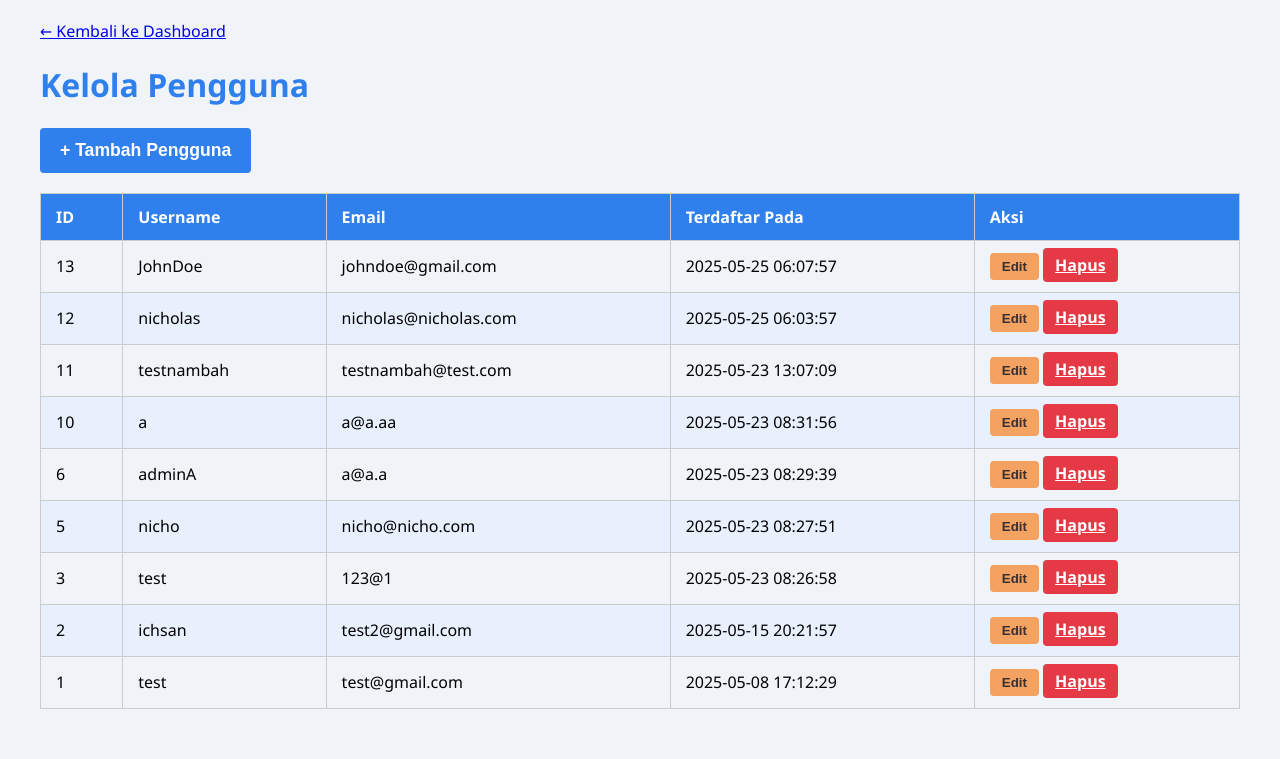
Repository: Senicccc/Shiroo-Pet-Store-Web-App
Page: http://localhost/admin/manage-users.php
The author's editor kept a copy of each file at every save. The page is drawn from the files as they stood at one save, then again after the next save.
The browser window is 1280 px wide. The pictures show the whole page.
The page is run by PHP 8.4 with error messages shown; the project is at /var/www/html/. The session is filled in as if someone had signed in: {"admin_id": 3}. Other server files are loaded and not shown. The database holds what the project's SQL file puts in it.

Above is the page before, as saved 2025-05-31 11:34:18.

### admin/manage-users.php
<?php
session_start();

if (!isset($_SESSION['admin_id'])) {
    header("Location: login.php");
    exit;
}

$koneksi = new mysqli("localhost", "root", "", "shiroo_db");
if ($koneksi->connect_error) {
    die("Koneksi gagal: " . $koneksi->connect_error);
}

// Handle tambah user
if (isset($_POST['add_user'])) {
    $username = trim($_POST['username']);
    $email = trim($_POST['email']);
    $password = $_POST['password'];

    if ($username && $email && $password) {
        $passwordHash = password_hash($password, PASSWORD_DEFAULT);

        $stmt = $koneksi->prepare("INSERT INTO users (username, email, password) VALUES (?, ?, ?)");
        $stmt->bind_param("sss", $username, $email, $passwordHash);
        $stmt->execute();
        $stmt->close();

        header("Location: kelola-pengguna.php");
        exit;
    } else {
        $error = "Semua field harus diisi!";
    }
}

// Handle edit user
if (isset($_POST['edit_user'])) {
    $id = intval($_POST['id']);
    $username = trim($_POST['username']);
    $email = trim($_POST['email']);
    $password = $_POST['password'];

    if ($username && $email && $id) {
        if ($password) {
            $passwordHash = password_hash($password, PASSWORD_DEFAULT);
            $stmt = $koneksi->prepare("UPDATE users SET username=?, email=?, password=? WHERE id=?");
            $stmt->bind_param("sssi", $username, $email, $passwordHash, $id);
        } else {
            $stmt = $koneksi->prepare("UPDATE users SET username=?, email=? WHERE id=?");
            $stmt->bind_param("ssi", $username, $email, $id);
        }
        $stmt->execute();
        $stmt->close();

        header("Location: kelola-pengguna.php");
        exit;
    } else {
        $error = "Field username dan email harus diisi!";
    }
}

if (isset($_GET['delete'])) {
    $id = intval($_GET['delete']);
    $stmt = $koneksi->prepare("DELETE FROM users WHERE id = ?");
    $stmt->bind_param("i", $id);
    $stmt->execute();
    $stmt->close();

    header("Location: kelola-pengguna.php");
    exit;
}

// Ambil data users
$result = $koneksi->query("SELECT id, username, email, created_at FROM users ORDER BY created_at DESC");
$users = $result->fetch_all(MYSQLI_ASSOC);
?>

<!DOCTYPE html>
<html lang="id">

<head>
    <meta charset="UTF-8" />
    <meta name="viewport" content="width=device-width, initial-scale=1" />
    <title>Kelola Pengguna - Shiroo Pet Store</title>
    <link rel="stylesheet" href="css/manage-users.css">
</head>

<body>

    <a href="dashboard.php" class="back-link">← Kembali ke Dashboard</a>

    <h1>Kelola Pengguna</h1>

    <?php if (!empty($error)) : ?>
    <div class="error"><?= htmlspecialchars($error) ?></div>
    <?php endif; ?>

    <button class="btn-add" id="openAddModalBtn">+ Tambah Pengguna</button>

    <table>
        <thead>
            <tr>
                <th>ID</th>
                <th>Username</th>
                <th>Email</th>
                <th>Terdaftar Pada</th>
                <th>Aksi</th>
            </tr>
        </thead>
        <tbody>
            <?php if ($users): ?>
            <?php foreach ($users as $user): ?>
            <tr>
                <td><?= $user['id'] ?></td>
                <td><?= htmlspecialchars($user['username']) ?></td>
                <td><?= htmlspecialchars($user['email']) ?></td>
                <td><?= $user['created_at'] ?></td>
                <td>
                    <button class="btn-edit"
                        onclick="openEditModal(<?= $user['id'] ?>, '<?= htmlspecialchars(addslashes($user['username'])) ?>', '<?= htmlspecialchars(addslashes($user['email'])) ?>')">Edit</button>
                    <a href="kelola-pengguna.php?delete=<?= $user['id'] ?>"
                        onclick="return confirm('Yakin hapus user ini?')" class="btn-delete">Hapus</a>
                </td>
            </tr>
            <?php endforeach; ?>
            <?php else: ?>
            <tr>
                <td colspan="5" style="text-align:center;">Belum ada data pengguna.</td>
            </tr>
            <?php endif; ?>
        </tbody>
    </table>

    <div id="addModal" class="modal">
        <div class="modal-content">
            <span class="close" id="closeAddModal">&times;</span>
            <h2>Tambah Pengguna Baru</h2>
            <form method="post" action="kelola-pengguna.php" autocomplete="off">
                <label for="add_username">Username</label>
                <input type="text" name="username" id="add_username" required />

                <label for="add_email">Email</label>
                <input type="email" name="email" id="add_email" required />

                <label for="add_password">Password</label>
                <input type="password" name="password" id="add_password" required />

                <button type="submit" name="add_user">Tambah Pengguna</button>
            </form>
        </div>
    </div>

    <div id="editModal" class="modal">
        <div class="modal-content">
            <span class="close" id="closeEditModal">&times;</span>
            <h2>Edit Pengguna</h2>
            <form method="post" action="kelola-pengguna.php" autocomplete="off">
                <input type="hidden" name="id" id="edit_id" />

                <label for="edit_username">Username</label>
                <input type="text" name="username" id="edit_username" required />

                <label for="edit_email">Email</label>
                <input type="email" name="email" id="edit_email" required />

                <label for="edit_password">Password <small>(Kosongkan jika tidak ingin mengganti)</small></label>
                <input type="password" name="password" id="edit_password" />

                <button type="submit" name="edit_user">Simpan Perubahan</button>
            </form>
        </div>
    </div>

    <script>
    // Modal handling for Tambah
    const addModal = document.getElementById('addModal');
    const openAddModalBtn = document.getElementById('openAddModalBtn');
    const closeAddModal = document.getElementById('closeAddModal');

    openAddModalBtn.onclick = () => addModal.style.display = 'block';
    closeAddModal.onclick = () => addModal.style.display = 'none';

    // Modal handling for Edit
    const editModal = document.getElementById('editModal');
    const closeEditModal = document.getElementById('closeEditModal');

    closeEditModal.onclick = () => editModal.style.display = 'none';

    // Function to open edit modal and populate form
    function openEditModal(id, username, email) {
        document.getElementById('edit_id').value = id;
        document.getElementById('edit_username').value = username;
        document.getElementById('edit_email').value = email;
        document.getElementById('edit_password').value = '';
        editModal.style.display = 'block';
    }

    // Close modals when user clicks outside modal content
    window.onclick = function(event) {
        if (event.target == addModal) {
            addModal.style.display = "none";
        }
        if (event.target == editModal) {
            editModal.style.display = "none";
        }
    }
    </script>

</body>

</html>

### admin/css/manage-users.css
body {
  font-family: "Segoe UI", Tahoma, Geneva, Verdana, sans-serif;
  background: #f0f4f8;
  margin: 0;
  padding: 20px 40px;
}

h1,
h2 {
  color: #2f80ed;
}

table {
  border-collapse: collapse;
  width: 100%;
  margin-bottom: 30px;
}

th,
td {
  padding: 12px 15px;
  border: 1px solid #ccc;
  text-align: left;
}

th {
  background-color: #2f80ed;
  color: white;
}

tr:nth-child(even) {
  background-color: #e8f0fe;
}

button,
.btn-delete,
.btn-edit {
  cursor: pointer;
  border-radius: 4px;
  font-weight: 600;
  padding: 6px 12px;
  border: none;
  transition: background-color 0.3s ease;
}

.btn-delete {
  background-color: #e63946;
  color: white;
}

.btn-delete:hover {
  background-color: #b3212a;
}

.btn-edit {
  background-color: #f4a261;
  color: #3b2f2f;
}

.btn-edit:hover {
  background-color: #d98b40;
}

.btn-add {
  background-color: #2f80ed;
  color: white;
  font-size: 1.1rem;
  margin-bottom: 20px;
  padding: 12px 20px;
}

.btn-add:hover {
  background-color: #1c5cc2;
}

/* Modal Styles */
.modal {
  display: none;
  position: fixed;
  z-index: 100;
  padding-top: 80px;
  left: 0;
  top: 0;
  width: 100%;
  height: 100%;
  overflow: auto;
  background-color: rgb(0 0 0 / 0.5);
}

.modal-content {
  background-color: #fff;
  margin: auto;
  padding: 20px 30px;
  border-radius: 10px;
  box-shadow: 0 6px 15px rgb(0 0 0 / 0.2);
  max-width: 400px;
  position: relative;
}

.close {
  color: #aaa;
  float: right;
  font-size: 28px;
  font-weight: bold;
  position: absolute;
  top: 10px;
  right: 20px;
  cursor: pointer;
  user-select: none;
}

.close:hover,
.close:focus {
  color: #000;
}

form label {
  display: block;
  margin-bottom: 8px;
  font-weight: 600;
  color: #2f80ed;
}

form input {
  width: 94%;
  padding: 10px 12px;
  margin-bottom: 15px;
  border: 1px solid #ccc;
  border-radius: 6px;
  font-size: 1rem;
}

form button[type="submit"] {
  background-color: #2f80ed;
  border: none;
  color: white;
  padding: 12px 20px;
  font-weight: 600;
  cursor: pointer;
  border-radius: 6px;
  width: 100%;
  transition: background-color 0.3s ease;
}

form button[type="submit"]:hover {
  background-color: #1c5cc2;
}

.error {
  color: #e63946;
  font-weight: 600;
  margin-bottom: 15px;
}

### database/shiroo_db.sql (the tables this page reads)
CREATE TABLE `users` (
  `id` int(11) NOT NULL,
  `username` varchar(50) NOT NULL,
  `email` varchar(100) NOT NULL,
  `password` varchar(255) NOT NULL,
  `created_at` timestamp NOT NULL DEFAULT current_timestamp()
) ENGINE=InnoDB DEFAULT CHARSET=utf8mb4 COLLATE=utf8mb4_general_ci;

INSERT INTO `users` (`id`, `username`, `email`, `password`, `created_at`) VALUES
(1, 'test', 'test@gmail.com', '$2y$10$daZB1ZFDg8HNEWVP0yrKteQ/TjRNxqtsee2SUkZsdk6ttnF9bepz.', '2025-05-08 17:12:29'),
(2, 'ichsan', 'test2@gmail.com', '$2y$10$g8epmqFFEpxRGthc2HPifug6D0C9elrj2uPKZf8KQL3nYqwaHjMym', '2025-05-15 20:21:57'),
(3, 'test', '123@1', '$2y$10$OtrvOGNhOxjea.NzucObyOp7ZMaEyXyzOw3MA9DSxO0CEaXywKbam', '2025-05-23 08:26:58'),
(5, 'nicho', 'nicho@nicho.com', '$2y$10$w.k5kMerKF.BQTF3kAzyXOnCcFU7/3O1gD8tM9GhOt6aDkBkELLMG', '2025-05-23 08:27:51'),
(6, 'adminA', 'a@a.a', 'a', '2025-05-23 08:29:39'),
(10, 'a', 'a@a.aa', '$2y$10$zXPRTsb0wm/143VUPNx0o.MtvxoSEJcqN/JIpqH0dUgVphd42.b.K', '2025-05-23 08:31:56'),
(11, 'testnambah', 'testnambah@test.com', '$2y$10$1yPJsvKTMLGeuiNh8dRaZ.6OwmtwyG84.IZonXsb2UeKfkrQOt1wi', '2025-05-23 13:07:09'),
(12, 'nicholas', 'nicholas@nicholas.com', '$2y$10$HM2yFh5ooM3L6LxUa0llBekE0gVFqLTAfoF11Pz05DgKNxd2WWDo.', '2025-05-25 06:03:57'),
(13, 'JohnDoe', 'johndoe@gmail.com', '$2y$10$yDRkGkf9Jn461OS6SWmtUuwZ0/luda554EBUMjQ3qw4Dc1q24mbf.', '2025-05-25 06:07:57');

ALTER TABLE `users`
  ADD PRIMARY KEY (`id`),
  ADD UNIQUE KEY `email` (`email`);

ALTER TABLE `users`
  MODIFY `id` int(11) NOT NULL AUTO_INCREMENT, AUTO_INCREMENT=14;

After the next save:
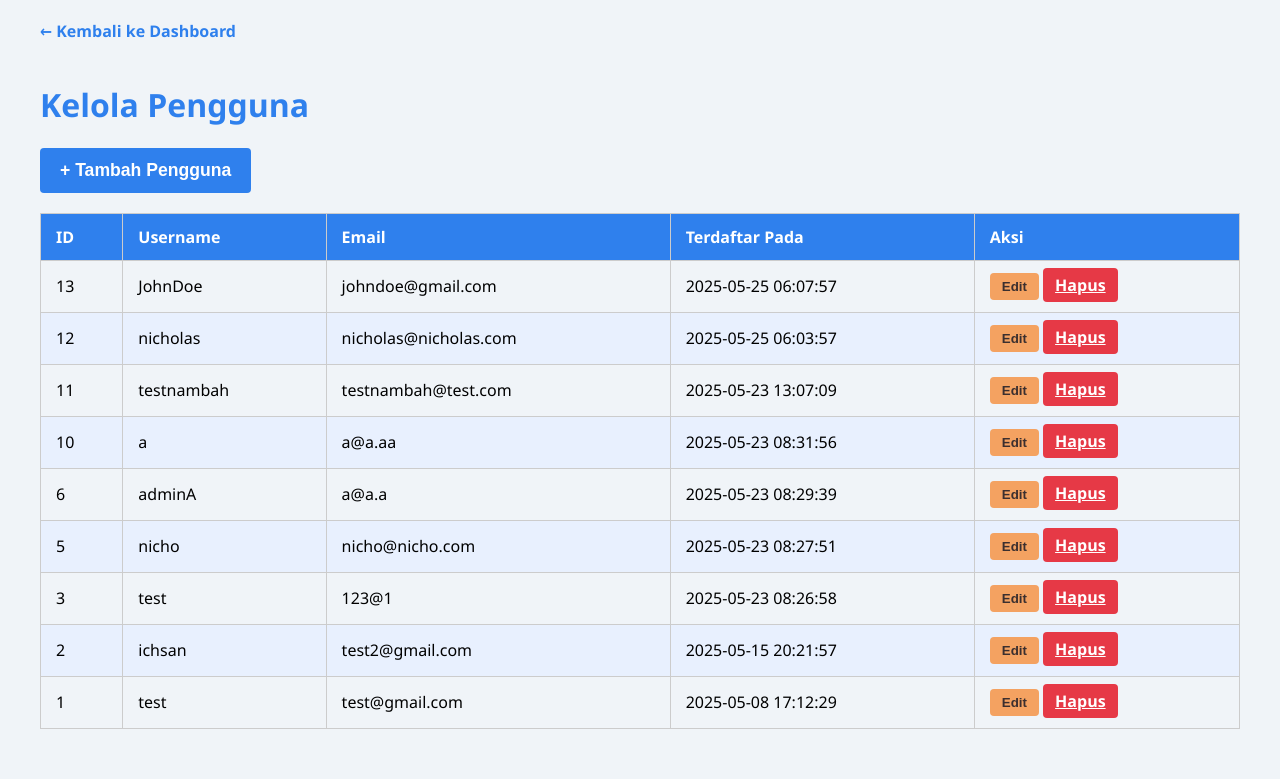
Saved 2 min 10 s later.
--- a/admin/css/manage-users.css
+++ b/admin/css/manage-users.css
@@ -151,3 +151,15 @@ form button[type="submit"]:hover {
   font-weight: 600;
   margin-bottom: 15px;
 }
+
+a.back-link {
+  display: inline-block;
+  margin-bottom: 20px;
+  color: #2f80ed;
+  text-decoration: none;
+  font-weight: bold;
+}
+
+a.back-link:hover {
+  text-decoration: underline;
+}

After the save that followed:
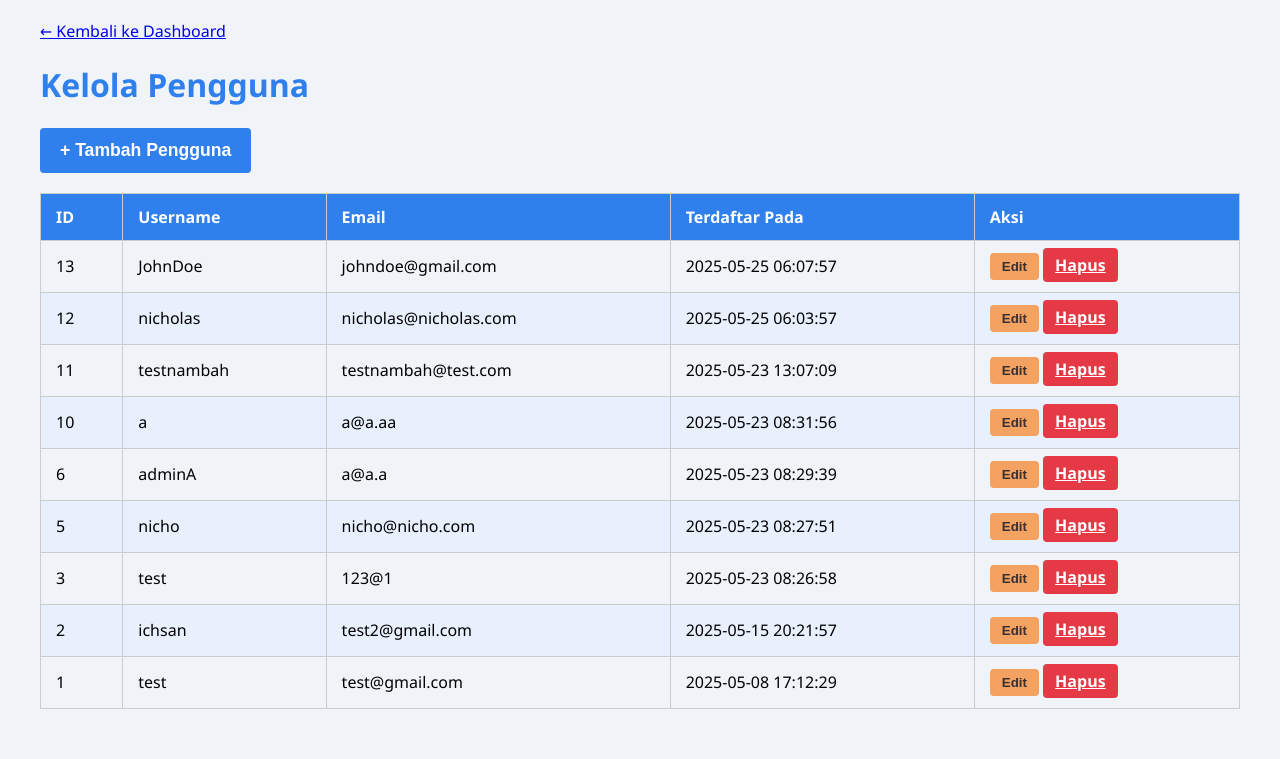
Saved 18 s later.
--- a/admin/css/manage-users.css
+++ b/admin/css/manage-users.css
@@ -151,15 +151,3 @@ form button[type="submit"]:hover {
   font-weight: 600;
   margin-bottom: 15px;
 }
-
-a.back-link {
-  display: inline-block;
-  margin-bottom: 20px;
-  color: #2f80ed;
-  text-decoration: none;
-  font-weight: bold;
-}
-
-a.back-link:hover {
-  text-decoration: underline;
-}
